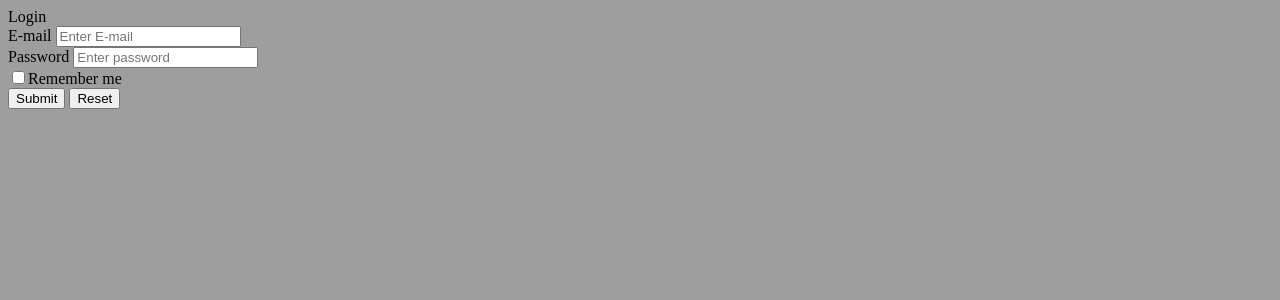
Repository: BragadeeshChandrasekar/my-bookshelf
Page: http://localhost/booksales/Login.jsp
These files come from the project's save history. The page is drawn as it stood at one moment and after the next save; the edit follows.
The browser window is 1280 px wide. The pictures show the whole page.
The page is served by Tomcat 9.

Above is the page before, as saved 2016-06-10 07:53:09.

After the next save:
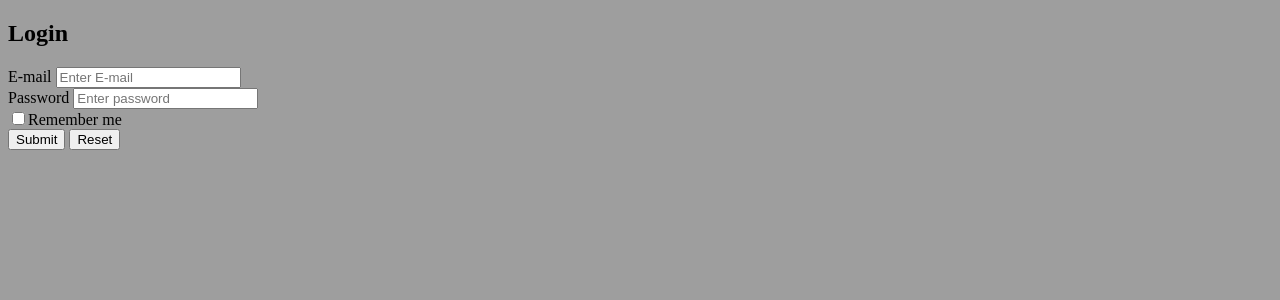
Saved 11 s later.
--- a/booksales/WebContent/Login.jsp
+++ b/booksales/WebContent/Login.jsp
@@ -9,7 +9,8 @@
 <body background="C:\Users\C Bragadeesh\Downloads\newbook.jpg">
 <form class="form-inline" role="form">
 <form action="http://localhost:8080/booksales/home.jsp"></form>
-<div class="container">Login</div>
+<div class="container"><h2>Login</h2>
+</div>
 <div class="form-group">
 <label for= "e-mail">E-mail</label>
 <input type="e-mail" class="form control" id="e-mail" placeholder="Enter E-mail">
